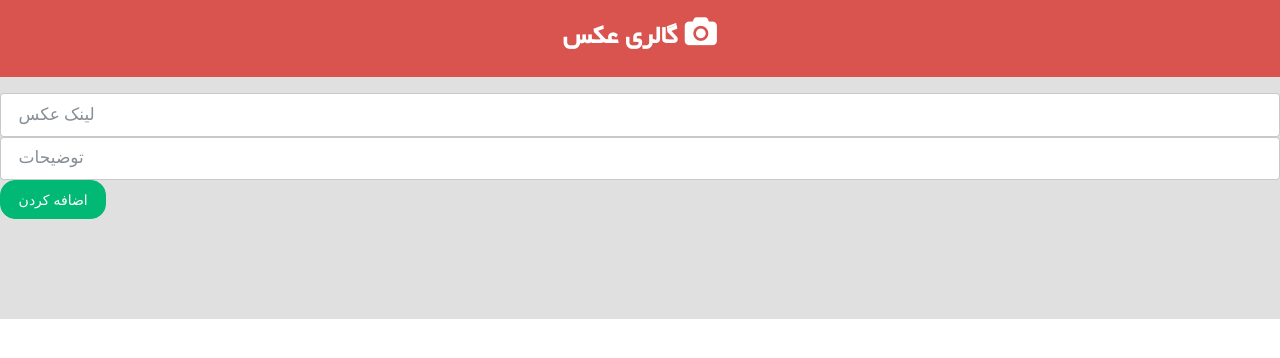
Repository: sadegh1379/PhotoWall-app
Page: /addphoto
An editor plug-in stored every save of this project. The page is shown before and after the next save, followed by the edit.
The browser window is 1280 px wide. The pictures show the whole page.
The project was rebuilt for these pictures with package versions that can differ from the ones it lists, and the page was loaded fresh each time. Also part of the build but not shown: src/Component/Photo.js, src/Component/PhotoWall.js.

Above is the page before, as saved 2020-02-22 13:18:07.

### public/index.html
<!DOCTYPE html>
<html lang="en">
  <head>
    <meta charset="utf-8" />
    <link rel="icon" href="%PUBLIC_URL%/favicon.ico" />
    <meta name="viewport" content="width=device-width, initial-scale=1" />
    <meta name="theme-color" content="#000000" />
    <link rel="stylesheet" href="https://stackpath.bootstrapcdn.com/font-awesome/4.7.0/css/font-awesome.min.css">
    <meta
      name="description"
      content="Web site created using create-react-app"
    />
    <link rel="apple-touch-icon" href="%PUBLIC_URL%/logo192.png" />
    <!--
      manifest.json provides metadata used when your web app is installed on a
      user's mobile device or desktop. See https://developers.google.com/web/fundamentals/web-app-manifest/
    -->
    <link rel="manifest" href="%PUBLIC_URL%/manifest.json" />
    <!--
      Notice the use of %PUBLIC_URL% in the tags above.
      It will be replaced with the URL of the `public` folder during the build.
      Only files inside the `public` folder can be referenced from the HTML.

      Unlike "/favicon.ico" or "favicon.ico", "%PUBLIC_URL%/favicon.ico" will
      work correctly both with client-side routing and a non-root public URL.
      Learn how to configure a non-root public URL by running `npm run build`.
    -->
    <title>React App</title>
  </head>
  <body>
    <noscript>You need to enable JavaScript to run this app.</noscript>
    <div id="root"></div>
    <!--
      This HTML file is a template.
      If you open it directly in the browser, you will see an empty page.

      You can add webfonts, meta tags, or analytics to this file.
      The build step will place the bundled scripts into the <body> tag.

      To begin the development, run `npm start` or `yarn start`.
      To create a production bundle, use `npm run build` or `yarn build`.
    -->
  </body>
</html>

### src/App.js
import React , { Component } from 'react';
import { BrowserRouter as Router , Route, Switch } from 'react-router-dom';
import Title from './Component/Title';
import PhotoWall from './Component/PhotoWall';
import './bootswatch.css';
import AddPhoto from './Component/AddPhoto';
import './App.css';

class App extends Component {

  constructor(){

      super()

      this.state = {
        posts : [
          {
            id : "0" ,
            description : "صادق اکبری" ,
            imageLink : "https://dkt6rvnu67rqj.cloudfront.net/cdn/ff/tpWy09V5tfN_Il2UBj8nPU4FZvPDpNBQSecbyXiqbuM/1574345660/public/styles/322x405/public/media/int_files/1008357.jpg?itok=c5qoLzeh"
          },
          {
           id : "1" ,
           description : "علی میرزایی" ,
           imageLink : "https://dkt6rvnu67rqj.cloudfront.net/cdn/ff/tpWy09V5tfN_Il2UBj8nPU4FZvPDpNBQSecbyXiqbuM/1574345660/public/styles/322x405/public/media/int_files/1008357.jpg?itok=c5qoLzeh"
         }
         ,{
           id : "5" ,
           description :" سارا ممبینی" ,
           imageLink :"https://thetyee.ca/Culture/2017/10/31/FawnLawn.jpg"

         },
         {
          id : "6" ,
          description : "صادق اکبری" ,
          imageLink : "https://dkt6rvnu67rqj.cloudfront.net/cdn/ff/tpWy09V5tfN_Il2UBj8nPU4FZvPDpNBQSecbyXiqbuM/1574345660/public/styles/322x405/public/media/int_files/1008357.jpg?itok=c5qoLzeh"
        },
        {
         id : "7" ,
         description : "علی میرزایی" ,
         imageLink : "https://www.iata.org/contentassets/d7c512eb9a704ba2a8056e3186a31921/cargo_live_animals_parrot.jpg?w=330&h=200&mode=crop&scale=both&v=20191213012337"
       }
       ,{
         id : "8" ,
         description :" سارا ممبینی" ,
         imageLink :"https://images.unsplash.com/photo-1497752531616-c3afd9760a11?ixlib=rb-1.2.1&w=1000&q=80"

       }
        ]

    }
  }

// Remove post
 onRemovePost = (removedPost) =>{

      this.setState((state)=>({
          posts : state.posts.filter(post => post !== removedPost)
      }))

  }

  render(){
      return (
        <div className="body">
              <Router>
                  <Title title="گالری عکس"/>
                  <Switch>

                      <Route exact path="/" render={()=>(
                              <div>
                                  <PhotoWall onRemovePost={this.onRemovePost} posts={this.state.posts}/>
                              </div>
                      )}/>

                        <Route exact path="/addphoto" component={AddPhoto}/>
                </Switch>
            </Router>
        </div>
      );
}
}

export default App;

### src/Component/Title.js
import React from 'react';
import PropTypes from 'prop-types';


function Title(props) {
    return (
            <p className=" bg-danger text-white py-3 p-title text-center">{props.title} <span className="fa fa-camera"></span></p>
    )
}

Title.propTypes = {
    title : PropTypes.string.isRequired
}

export default Title;

### src/Component/AddPhoto.js
import React, { Component } from 'react'

export class AddPhoto extends Component {
    render() {
        return (
            <div>
                <form >
                    <input type="text" placeholder="لینک عکس" className="form-control"/>
                    <input type="text" placeholder="توضیحات" className="form-control" />
                    <button type="submit" className="btn btn-success ">اضافه کردن</button>
                </form>
            </div>
        )
    }
}

export default AddPhoto;

### src/App.css
.p-title{
    font-size: 30px;
    color:white ;
    font-weight: bolder;
    font-family: 'Byekan';
}

.body{
    font-family: 'Brekan';
    background-color: #E0E0E0;
    padding-bottom: 100px;
}

 .photo-grid{
    /* max-width: 1000px; */
    margin: 0 auto;
    display: flex;
    flex-wrap: wrap;
    justify-content: center;
}

@font-face{
    font-family: 'Byekan';
    src:url('./Component/fonst/Yekan.ttf');
}

.photo-card{
  margin: 10px 10px;
  box-shadow: 5px 5px 5px 5px #888888;
}

.add-icon{
    text-align: center;
    margin: 20px auto;
    color:white  !important;
    background-color: rgb(62, 112, 75);
    padding: 20px;
    border-radius: 70px;


}

Loaded but not shown: src/index.js (common file); src/index.css (common file); src/bootswatch.css (library)

After the next save:
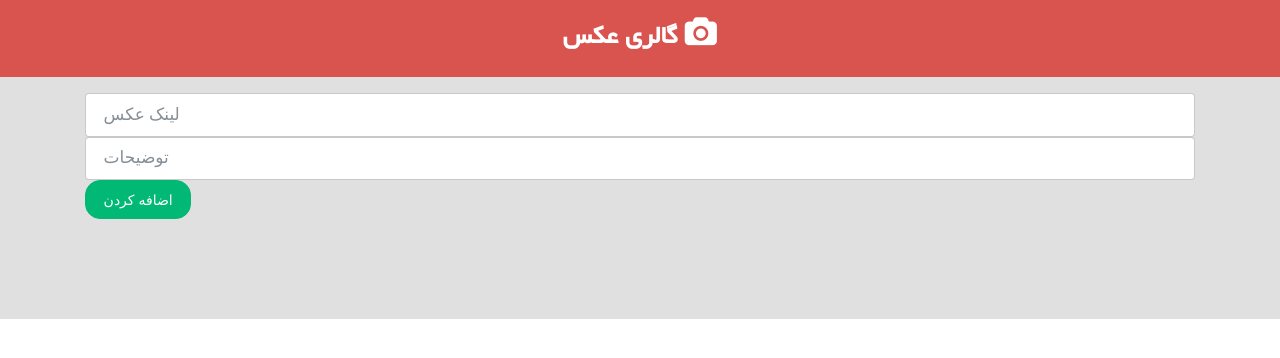
Saved 8 s later.
--- a/src/Component/AddPhoto.js
+++ b/src/Component/AddPhoto.js
@@ -4,7 +4,7 @@ export class AddPhoto extends Component {
     render() {
         return (
             <div>
-                <form >
+                <form className="container">
                     <input type="text" placeholder="لینک عکس" className="form-control"/>
                     <input type="text" placeholder="توضیحات" className="form-control" />
                     <button type="submit" className="btn btn-success ">اضافه کردن</button>
